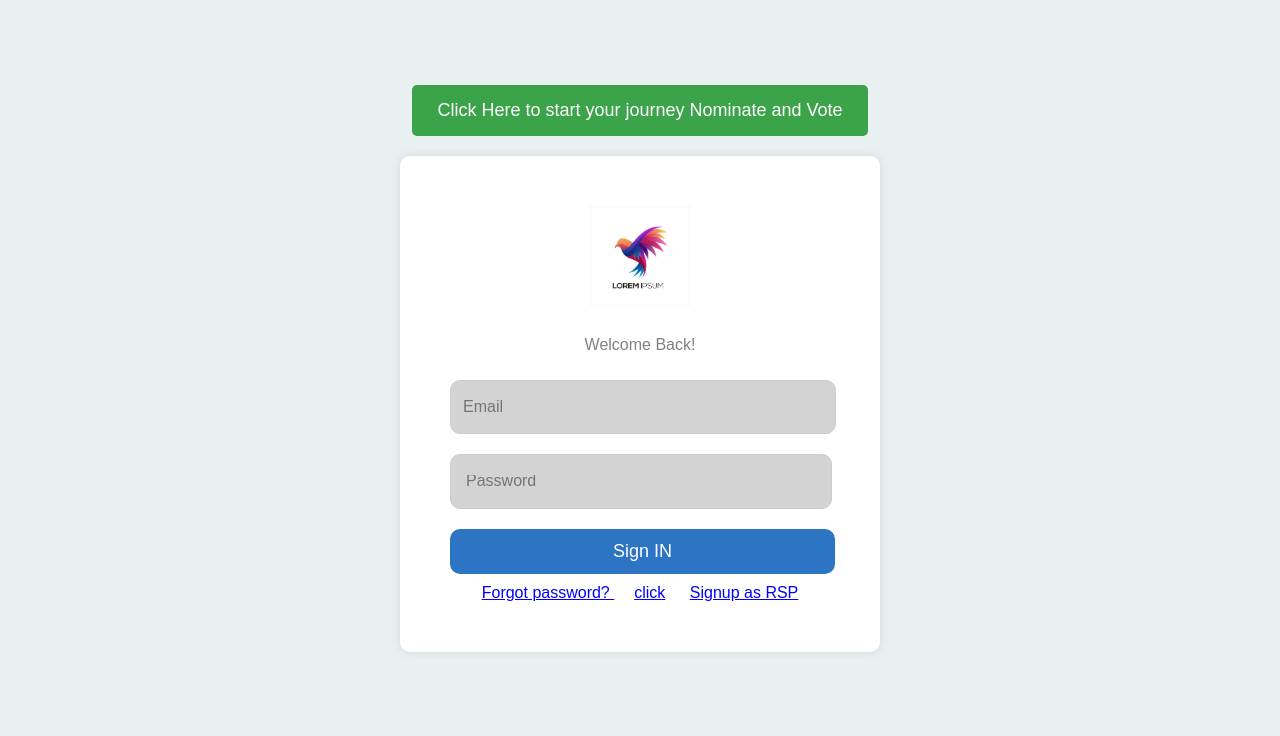
Repository: Femi007-gh/welcome
Page: index.html
These files come from the project's save history. The page is drawn as it stood at one moment and after a run of saves; the edit follows.
The browser window is 1280 px wide. The pictures show the whole page.
Some web libraries are served in a nearby version.

Above is the page before, as saved 2025-03-10 18:24:17.

### index.html
<!DOCTYPE html>
<html lang="en">
<head>
    <meta charset="UTF-8">
    <meta name="viewport" content="width=device-width, initial-scale=1.0">
    <title>Login Page</title>
    <script src="https://kit.fontawesome.com/a076d05399.js" crossorigin="anonymous"></script>
    <style>
        body {
            font-family: Arial, sans-serif;
            background-color: #e8f0f2;
            display: flex;
            justify-content: center;
            align-items: center;
            height: 100vh;
            flex-direction: column;
        }
        .green-button {
            background-color: #3ba349;
            color: white;
            padding: 15px 25px;
            border: none;
            border-radius: 5px;
            cursor: pointer;
            margin-bottom: 20px;
            font-size: 18px;
        }
        .container {
            background-color: white;
            padding: 50px;
            border-radius: 10px;
            box-shadow: 0 0 10px rgba(0, 0, 0, 0.1);
            text-align: center;
            width: 380px;
        }
        .container img {
            width: 100px;
            margin-bottom: 10px;
        }
        p {
            color: gray;
        }
        input {
            width: calc(100% - 20px);
            padding: 12px;
            margin: 10px 0;
            border: 1px solid #ccc;
            border-radius: 10px;
            font-size: 16px;
            background: #d3d3d3;
        }
        .password-container {
            display: flex;
            align-items: center;
            background: #d3d3d3;
            border: 1px solid #ccc;
            border-radius: 10px;
            padding: 10px;
            width: calc(100% - 20px);
            margin: 10px 0;
        }
        .password-container input {
            border: none;
            outline: none;
            flex: 1;
            background: transparent;
            padding: 5px;
        }
        .password-container i {
            cursor: pointer;
            font-size: 18px;
            margin-left: 10px;
        }
        .sign-in-button {
            background-color: #2d74c4;
            color: white;
            padding: 12px;
            border: none;
            border-radius: 10px;
            cursor: pointer;
            width: 100%;
            font-size: 18px;
            margin-top: 10px;
            width: 385px;
        }
        .links {
            margin-top: 10px;
            font-size: 16px;
        }
        .links a {
            color: gray;
            text-decoration: none;
            margin: 0 10px;
        }
        .links a.underline {
            color: blue;
            text-decoration: underline;
        }
        .fit {
          height: 3px;
        }
        .lit{
          height: 28px;
        }
    </style>
</head>
<body>
    <button class="green-button">Click Here to start your journey Nominate and Vote</button>
    <div class="container">
        <img src="Logo.jpg" alt="Nigerian Shippers Council Logo">
        <p>Welcome Back!</p>
        <input type="email" placeholder="Email" class="lit">
        <div class="password-container">
            <input type="password" placeholder="Password" class="fit">
        </div>
        <button class="sign-in-button">Sign IN</button>
        <div class="links">
            <a href="#" class="underline">Forgot password? </a>
            <a href="#" class="underline">click</a>
            <a href="#" class="underline">Signup as RSP</a>
        </div>
    </div>
</body>
</html>

After the next 2 saves:
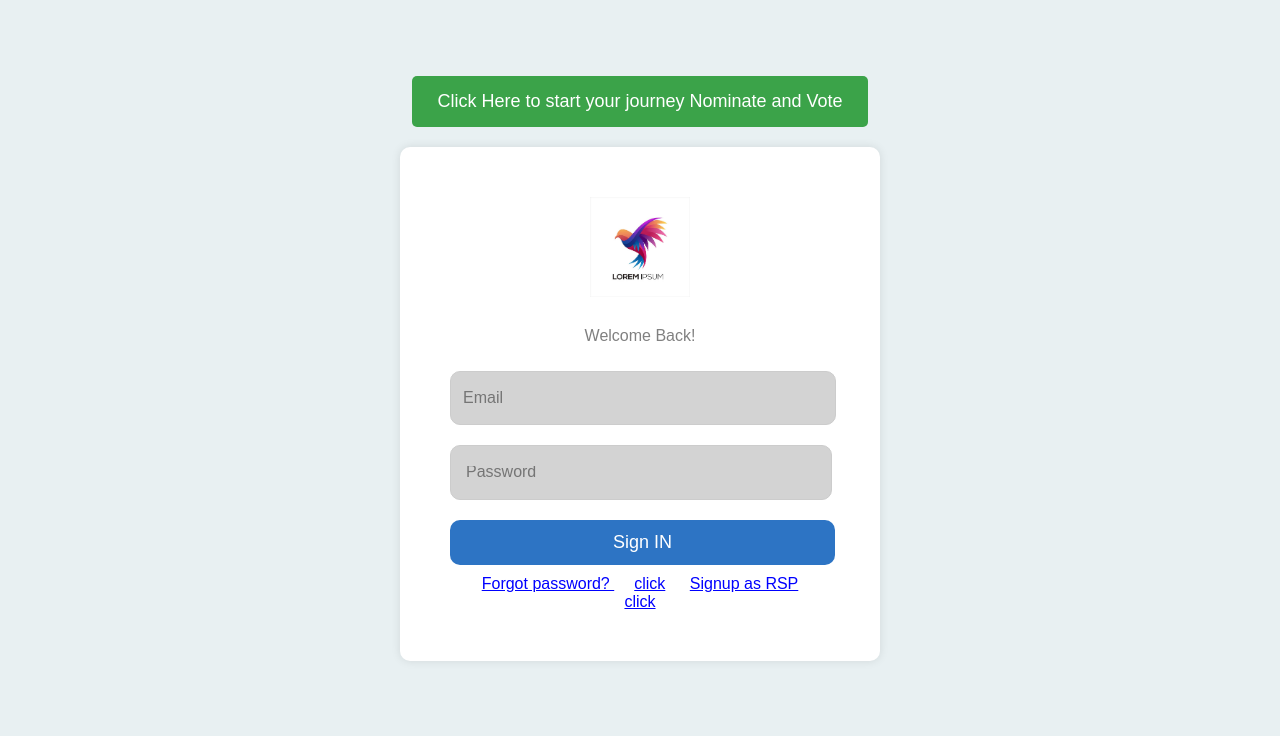
The 2 saves are shown as one change because they came seconds apart.
The last was saved 7 s later.
--- a/index.html
+++ b/index.html
@@ -118,6 +118,7 @@
             <a href="#" class="underline">Forgot password? </a>
             <a href="#" class="underline">click</a>
             <a href="#" class="underline">Signup as RSP</a>
+            <a href="#" class="underline">click</a>
         </div>
     </div>
 </body>
